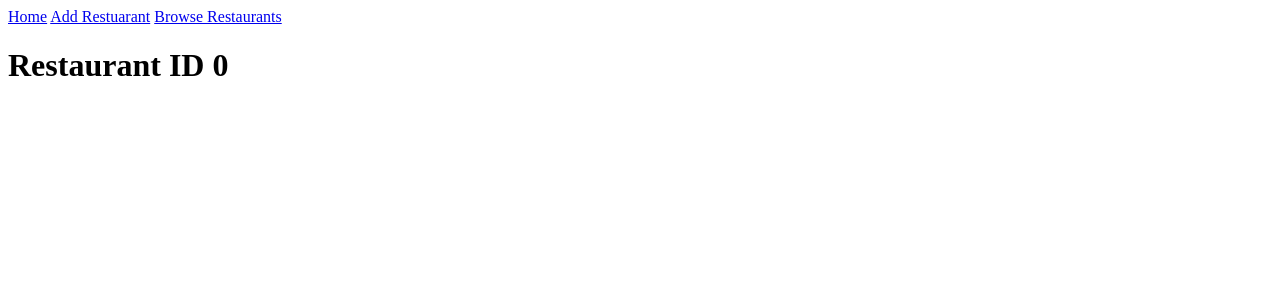
Repository: hudaali14/Carleton
Page: http://localhost/restaurants/0
The author's editor kept a copy of each file at every save. The page is drawn from the files as they stood at one save, then again after the next save.
The browser window is 1280 px wide. The pictures show the whole page.
The page is served by the project's Node server (server.js).

Above is the page before, as saved 2020-03-12 17:26:56.

### 2406/Assignments/Assignment3 (100)/views/pages/restaurantpage.pug
html
    head
        title  You Want Food?
body
    include ../partials/header

    h1 Restaurant ID #{restaurant.id}

### 2406/Assignments/Assignment3 (100)/views/partials/header.pug
div#header
	a(href="/") Home
	|
	a(href="/addrestaurant") Add Restuarant
	|
	a(href="/restaurants") Browse Restaurants
	|

### 2406/Assignments/Assignment3 (100)/server.js
const express = require('express');
const fs = require("fs");
let app = express();


app.set("view engine", "pug");
app.use(express.json())

// app.use(bodyParser.json());
// app.use(bodyParser.urlencoded({ extended: true }));

let restaurants = [];
let restaurantNames = {names: []};
let restaurantIDs = {restaurants: []};
let id = 0;

//Reads all files in restaurant directory
fs.readdir("./restaurants/", function(err, filenames) {
    if (err) {
        response.statusCode = 500;
        response.end("Error reading file.");
        return;
    }
    filenames.forEach(function(filename) {
        fs.readFile("./restaurants/" + filename, 'utf-8', function(err, content) {
            if (err) {
                response.statusCode = 500;
                response.end("Error reading file.");
                return;
			}
            //Saves files to restaurant array
            let res = JSON.parse(content);
			restaurants[res.id] = res;
			//Saves names in restuarantNames array
            restaurantNames.names.push({name: restaurants[res.id].name, id: restaurants[res.id].id});
            restaurantIDs.restaurants.push(restaurants[res.id].id);
            id++;
		});
    });
});

app.get("/", setPage);
app.get("/restaurants", getRestaurants);
app.get("/addrestaurant", addRestaurant);
app.get("/client.js", getClient);
app.get("/restaurants/:restID", getRestaurantId);
app.post("/restaurants", createRestaurant);


function setPage(req, res, next){
    res.format({
        "text/html": function(){
            res.status(200).render("pages/home");
        }
    });
}

function getRestaurants(req, res, next){
    res.format({
        "text/html": function(){
            res.status(200).render("pages/restaurants", {restaurantNames: restaurantNames.names});
        },
        "application/json": function(){
            res.status(200).json(restaurantIDs);
        }
    });
}

function addRestaurant(req, res, next){
    res.format({
        "text/html": function(){
            res.status(200).render("pages/addrestaurant");
        }
    });
}

function getClient(req, res, next){
    fs.readFile("client.js", function(err, data){
        if(err){
            res.statusCode = 500;
            res.end("Error reading file.");
            return;
        }
        res.status(200).send(data);
        return;
    });
}

function createRestaurant(req, res, next){
    res.format({
        "application/json": function(){
            let restaurant = {};
            restaurant.id = id;
            id++;
            restaurant.name = req.body.name;
            restaurant.delivery_fee = parseInt(req.body.delivery_fee);
            restaurant.min_order= parseInt(req.body.min_order);
            restaurant.menu = {};
            restaurants[restaurant.id] = restaurant;
            res.status(200).json(restaurant);

        }
    });
}

function getRestaurantId(req, res, next){
    let resid = req.url.split("/");
    res.format({
        "text/html": function(){
            res.status(200).render("pages/restaurantpage", {restaurant: restaurants[resid[2]]});
        },
        "application/json": function(){
            res.status(200).json(restaurants[resid[2]]);
        }
    });
}

app.listen(3000);
console.log("Server listening at http://localhost:3000");

### 2406/Assignments/Assignment3 (100)/restaurants/aragorn.json
{
  "id": 0,
  "name": "Aragorn's Orc BBQ",
  "min_order": 20,
  "delivery_fee": 5,
  "menu": {
    "Appetizers": {
      "0": {
        "name": "Orc feet",
        "description": "Seasoned and grilled over an open flame.",
        "price": 5.5
      },
      "1": {
        "name": "Pickled Orc fingers",
        "description": "Served with warm bread, 5 per order.",
        "price": 4
      },
      "2": {
        "name": "Sauron's Lava Soup",
        "description": "It's just really spicy water.",
        "price": 7.5
      },
      "3": {
        "name": "Eowyn's (In)Famous Stew",
        "description": "Bet you can't eat it all.",
        "price": 0.5
      },
      "4": {
        "name": "The 9 rings of men.",
        "description": "The finest of onion rings served with 9 different dipping sauces.",
        "price": 14.5
      }
    },
    "Combos": {
      "5": {
        "name": "Buying the Farm",
        "description": "An arm and a leg, a side of cheek meat, and a buttered biscuit.",
        "price": 15.99
      },
      "6": {
        "name": "The Black Gate Box",
        "description": "Lots of unidentified pieces. Serves 50.",
        "price": 65
      },
      "7": {
        "name": "Mount Doom Roast Special with Side of Precious Onion Rings.",
        "description": "Smeagol's favorite.",
        "price": 15.75
      },
      "8": {
        "name": "Morgoth's Scorched Burgers with Chips",
        "description": "Blackened beyond recognition.",
        "price": 13.33
      },
      "10": {
        "name": "Slab of Lurtz Meat with Greens.",
        "description": "Get it while supplies last.",
        "price": 17.5
      },
      "11": {
        "name": "Rangers Field Feast.",
        "description": "Is it chicken? Is it rabbit? Or...",
        "price": 5.99
      }
    },
    "Drinks": {
      "12": {
        "name": "Orc's Blood Mead",
        "description": "It's actually raspberries - Orc's blood would be gross.",
        "price": 5.99
      },
      "13": {
        "name": "Gondorian Grenache",
        "description": "A fine rose wine.",
        "price": 7.99
      },
      "14": {
        "name": "Mordor Mourvedre",
        "description": "A less-fine rose wine.",
        "price": 5.99
      }
    }
  }
}

### 2406/Assignments/Assignment3 (100)/restaurants/frodo.json
{
  "id": 2,
  "name": "Frodo's Flapjacks",
  "min_order": 35,
  "delivery_fee": 6,
  "menu": {
    "Breakfast": {
      "0": {
        "name": "Hobbit Hash",
        "description": "Five flapjacks, potatoes, leeks, garlic, cheese.",
        "price": 9
      },
      "1": {
        "name": "The Full Flapjack Breakfast",
        "description": "Eight flapjacks, two sausages, 3 eggs, 4 slices of bacon, beans, and a coffee.",
        "price": 14
      },
      "2": {
        "name": "Southfarthing Slammer",
        "description": "15 flapjacks and 2 pints of syrup.",
        "price": 12
      }
    },
    "Second Breakfast": {
      "3": {
        "name": "Beorning Breakfast",
        "description": "6 flapjacks smothers in honey.",
        "price": 7.5
      },
      "4": {
        "name": "Shire Strawberry Special",
        "description": "6 flapjacks and a hearty serving of strawberry jam.",
        "price": 8
      },
      "5": {
        "name": "Buckland Blackberry Breakfast",
        "description": "6 flapjacks covered in fresh blackberries. Served with a large side of sausage.",
        "price": 14.99
      }
    },
    "Elevenses": {
      "6": {
        "name": "Lembas",
        "description": "Three pieces of traditional Elvish Waybread",
        "price": 7.7
      },
      "7": {
        "name": "Muffins of the Marish",
        "description": "A variety of 8 different types of muffins, served with tea.",
        "price": 9
      },
      "8": {
        "name": "Hasty Hobbit Hash",
        "description": "Potatoes with onions and cheese. Served with coffee.",
        "price": 5
      }
    },
    "Luncheon": {
      "9": {
        "name": "Shepherd's Pie",
        "description": "A classic. Includes 3 pies.",
        "price": 15.99
      },
      "10": {
        "name": "Roast Pork",
        "description": "An entire pig slow-roasted over a fire.",
        "price": 27.99
      },
      "11": {
        "name": "Fish and Chips",
        "description": "Fish - fried. Chips - nice and crispy.",
        "price": 5.99
      }
    },
    "Afternoon Tea": {
      "12": {
        "name": "Tea",
        "description": "Served with sugar and cream.",
        "price": 3
      },
      "13": {
        "name": "Coffee",
        "description": "Served with sugar and cream.",
        "price": 3.5
      },
      "14": {
        "name": "Cookies and Cream",
        "description": "A dozen cookies served with a vat of cream.",
        "price": 15.99
      },
      "15": {
        "name": "Mixed Berry Pie",
        "description": "Fresh baked daily.",
        "price": 7
      }
    },
    "Dinner": {
      "16": {
        "name": "Po-ta-to Platter",
        "description": "Boiled. Mashed. Stuck in a stew.",
        "price": 6
      },
      "17": {
        "name": "Bree and Apple",
        "description": "One wheel of brie with slices of apple.",
        "price": 7.99
      },
      "18": {
        "name": "Maggot's Mushroom Mashup",
        "description": "It sounds disgusting, but its pretty good",
        "price": 6.5
      },
      "19": {
        "name": "Fresh Baked Bread",
        "description": "A whole loaf of the finest bread the Shire has to offer.",
        "price": 6
      },
      "20": {
        "name": "Pint of Ale",
        "description": "Yes, it comes in pints.",
        "price": 5
      }
    },
    "Supper": {
      "21": {
        "name": "Sausage Sandwich",
        "description": "Six whole sausages served on a loaf of bread. Covered in onions, mushrooms and gravy.",
        "price": 15.99
      },
      "22": {
        "name": "Shire Supper",
        "description": "End the day as you started it, with a dozen flapjacks, 5 eggs, 3 sausages, 7 pieces of bacon, and a pint of ale.",
        "price": 37.99
      }
    }
  }
}

### 2406/Assignments/Assignment3 (100)/restaurants/legolas.json
{
  "id": 1,
  "name": "Lembas by Legolas",
  "min_order": 15,
  "delivery_fee": 3.99,
  "menu": {
    "Lembas": {
      "0": {
        "name": "Single",
        "description": "One piece of lembas.",
        "price": 3
      },
      "1": {
        "name": "Double",
        "description": "Two pieces of lembas.",
        "price": 5.5
      },
      "2": {
        "name": "Triple",
        "description": "Three pieces, which should be more than enough.",
        "price": 8
      }
    },
    "Combos": {
      "3": {
        "name": "Second Breakfast",
        "description": "Two pieces of lembas with honey.",
        "price": 7.5
      },
      "4": {
        "name": "There and Back Again",
        "description": "All you need for a long journey - 6 pieces of lembas, salted pork, and a flagon of wine.",
        "price": 25.99
      },
      "5": {
        "name": "Best Friends Forever",
        "description": "Lembas and a heavy stout.",
        "price": 6.6
      }
    }
  }
}

After the next save:
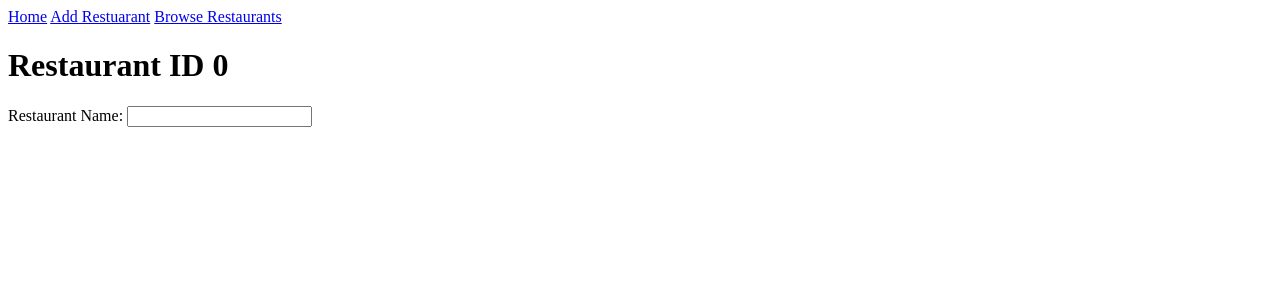
Saved 56 s later.
--- a/2406/Assignments/Assignment3 (100)/views/pages/restaurantpage.pug
+++ b/2406/Assignments/Assignment3 (100)/views/pages/restaurantpage.pug
@@ -5,3 +5,6 @@ body
     include ../partials/header
 
     h1 Restaurant ID #{restaurant.id}
+    | Restaurant Name:
+    input(type= "text", id="restaurantnamepage")
+    br
